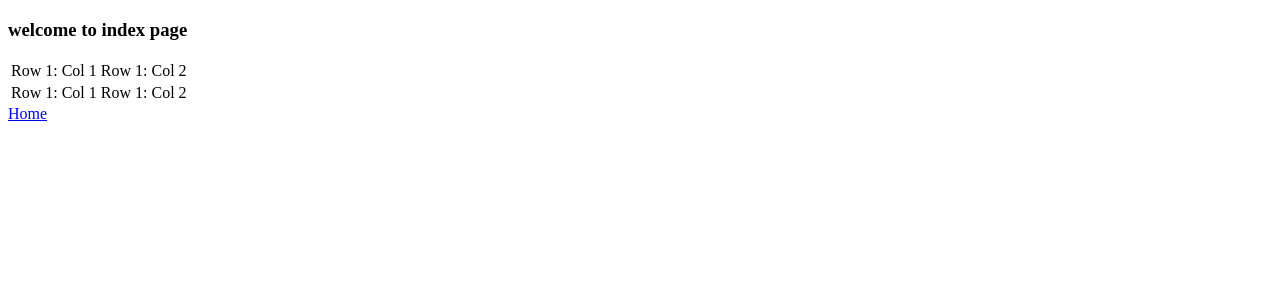
Repository: ShivrajMPujari/Spring_Rest
Page: http://localhost/SpringMVCdemo/
These files come from the project's save history. The page is drawn as it stood at one moment and after the next save; the edit follows.
The browser window is 1280 px wide. The pictures show the whole page.
The page is served by Tomcat 9. Other server files are loaded and not shown.

Above is the page before, as saved 2018-07-25 11:40:04.

### SpringMVCdemo/src/main/webapp/WEB-INF/views/index.jsp
<%@ taglib uri="http://java.sun.com/jsp/jstl/core" prefix="c" %>
<%@ page language="java" contentType="text/html; charset=UTF-8"
    pageEncoding="UTF-8"%>
<!DOCTYPE html>
<html>
<head>
<meta charset="UTF-8">
<title>Insert title here</title>
</head>
<body>

<h3>${message}</h3>

<form action="" method="get">
<table>
  <tr>
  <td>Row 1: Col 1</td>
  <td>Row 1: Col 2</td>
  </tr>
  <tr>
    <td>Row 1: Col 1</td>
    <td>Row 1: Col 2</td>
  </tr>
</table>


</form>
<a href="home">Home</a>

</body>
</html>

After the next save:
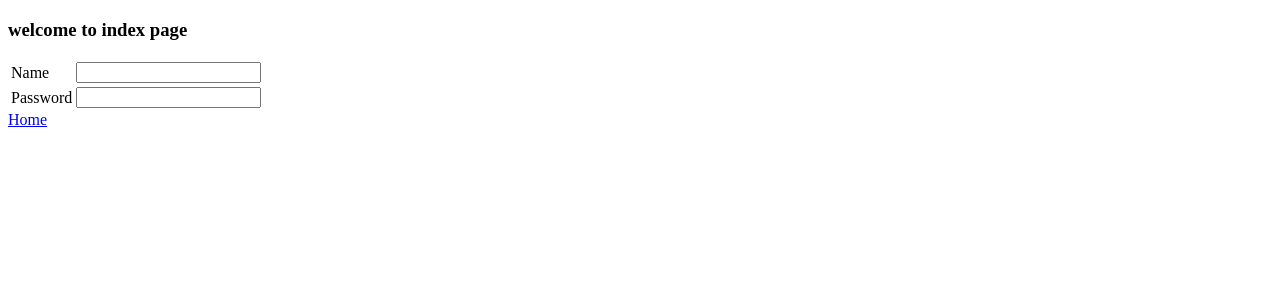
Saved 2 min 0 s later.
--- a/SpringMVCdemo/src/main/webapp/WEB-INF/views/index.jsp
+++ b/SpringMVCdemo/src/main/webapp/WEB-INF/views/index.jsp
@@ -14,12 +14,12 @@
 <form action="" method="get">
 <table>
   <tr>
-  <td>Row 1: Col 1</td>
-  <td>Row 1: Col 2</td>
+  <td> Name </td>
+  <td> <input name="name" type="text"/></td>
   </tr>
   <tr>
-    <td>Row 1: Col 1</td>
-    <td>Row 1: Col 2</td>
+  <td> Password </td>
+  <td> <input name="name" type="password"/></td>
   </tr>
 </table>
 
